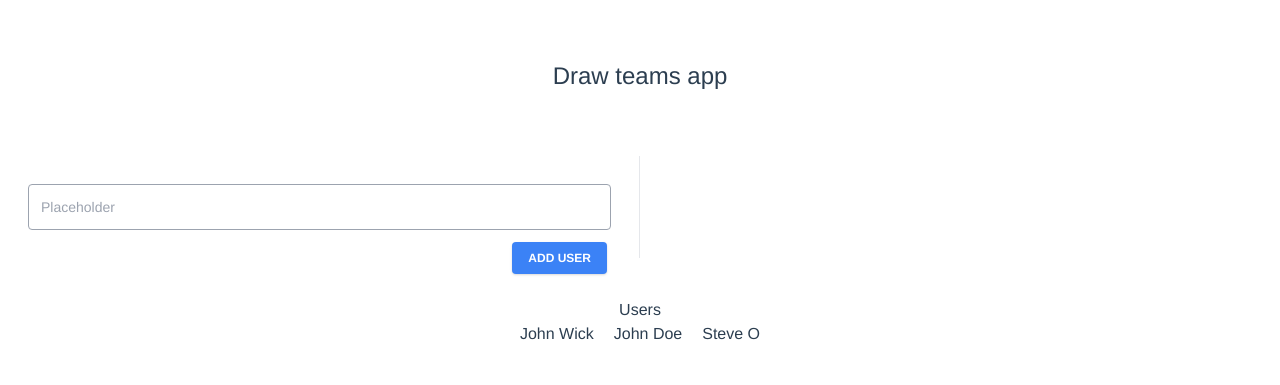
Repository: AlekJanevski/draw-teams-app
Page: /
An editor plug-in stored every save of this project. The page is shown before and after the next save, followed by the edit.
The browser window is 1280 px wide. The pictures show the whole page.
The project was rebuilt for these pictures with package versions that can differ from the ones it lists, and the page was loaded fresh each time.

Above is the page before, as saved 2021-03-18 20:58:00.

### src/components/HelloWorld.vue
<template>
  <div>
    <h1 class="mb-16 text-2xl">Draw teams app</h1>

      <form name="todo-form" method="post" action="" v-on:submit.prevent="addTask">

    </form>

    <!-- Add user wrapper starts -->
    <form name="add-user" method="post" @submit.prevent="addUser" class="w-1/2 h-full mb-3 border-r p-7">
      <!-- Add user input starts -->
      <input
        v-model="userInput"
        type="text"
        placeholder="Placeholder"
        class="relative w-full px-3 py-3 text-sm text-gray-700 placeholder-gray-400 bg-white border border-gray-400 rounded outline-none focus:outline-none focus:shadow-outline"
      />
      <!-- Add user input ends -->

      <!-- Add user button starts -->
      <button class="float-right px-4 py-2 mt-3 mb-1 mr-1 text-xs font-bold text-white uppercase bg-blue-500 rounded shadow outline-none active:bg-blue-600 hover:shadow-md focus:outline-none" type="submit" style="transition: all .15s ease">
        Add user
      </button>
      <!-- Add button ends -->
    </form>

    <div v-if="users.length">
      <h3>Users</h3>
      <ul>
        <li v-for="(user, id) in users" :key="id">
          {{ user.name }}
        </li>
      </ul>
    </div>
    <!-- Add user wrapper ends -->
  </div>
</template>

<script>
export default {
  name: 'HelloWorld',

  data() {
    return {
      users: [
        { id: 1, name: 'John Wick' },
        { id: 2, name: 'John Doe' },
        { id: 3, name: 'Steve O' }
      ],
      userInput: ''
    }
  },

  methods: {
    addUser() {
        this.users.push({
        id:this.users.length+1,
        name: this.userInput
      });

      this.addTodoInput = '';
    }
  }
}
</script>

<!-- Add "scoped" attribute to limit CSS to this component only -->
<style scoped>
h3 {
  margin: 40px 0 0;
}
ul {
  list-style-type: none;
  padding: 0;
}
li {
  display: inline-block;
  margin: 0 10px;
}
a {
  color: #42b983;
}
</style>

Loaded but not shown: public/index.html (common file); src/main.js (common file); src/App.vue (common file); src/index.css (common file); tailwind.config.js (common file)

After the next save:
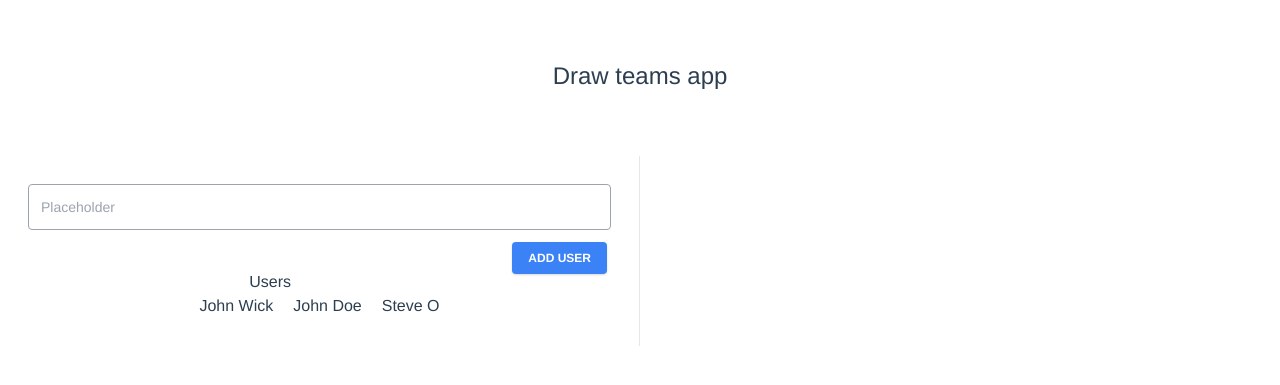
Saved 61 s later.
--- a/src/components/HelloWorld.vue
+++ b/src/components/HelloWorld.vue
@@ -2,35 +2,33 @@
   <div>
     <h1 class="mb-16 text-2xl">Draw teams app</h1>
 
-      <form name="todo-form" method="post" action="" v-on:submit.prevent="addTask">
+    <!-- Add user wrapper starts -->
+    <div class="w-1/2 h-full mb-3 border-r p-7">
+      <form name="add-user" method="post" @submit.prevent="addUser">
+        <!-- Add user input starts -->
+        <input
+          v-model="userInput"
+          type="text"
+          placeholder="Placeholder"
+          class="relative w-full px-3 py-3 text-sm text-gray-700 placeholder-gray-400 bg-white border border-gray-400 rounded outline-none focus:outline-none focus:shadow-outline"
+        />
+        <!-- Add user input ends -->
 
-    </form>
+        <!-- Add user button starts -->
+        <button class="float-right px-4 py-2 mt-3 mb-1 mr-1 text-xs font-bold text-white uppercase bg-blue-500 rounded shadow outline-none active:bg-blue-600 hover:shadow-md focus:outline-none" type="submit" style="transition: all .15s ease">
+          Add user
+        </button>
+        <!-- Add button ends -->
+      </form>
 
-    <!-- Add user wrapper starts -->
-    <form name="add-user" method="post" @submit.prevent="addUser" class="w-1/2 h-full mb-3 border-r p-7">
-      <!-- Add user input starts -->
-      <input
-        v-model="userInput"
-        type="text"
-        placeholder="Placeholder"
-        class="relative w-full px-3 py-3 text-sm text-gray-700 placeholder-gray-400 bg-white border border-gray-400 rounded outline-none focus:outline-none focus:shadow-outline"
-      />
-      <!-- Add user input ends -->
-
-      <!-- Add user button starts -->
-      <button class="float-right px-4 py-2 mt-3 mb-1 mr-1 text-xs font-bold text-white uppercase bg-blue-500 rounded shadow outline-none active:bg-blue-600 hover:shadow-md focus:outline-none" type="submit" style="transition: all .15s ease">
-        Add user
-      </button>
-      <!-- Add button ends -->
-    </form>
-
-    <div v-if="users.length">
-      <h3>Users</h3>
-      <ul>
-        <li v-for="(user, id) in users" :key="id">
-          {{ user.name }}
-        </li>
-      </ul>
+      <div v-if="users.length">
+        <h3>Users</h3>
+        <ul>
+          <li v-for="(user, id) in users" :key="id">
+            {{ user.name }}
+          </li>
+        </ul>
+      </div>
     </div>
     <!-- Add user wrapper ends -->
   </div>
